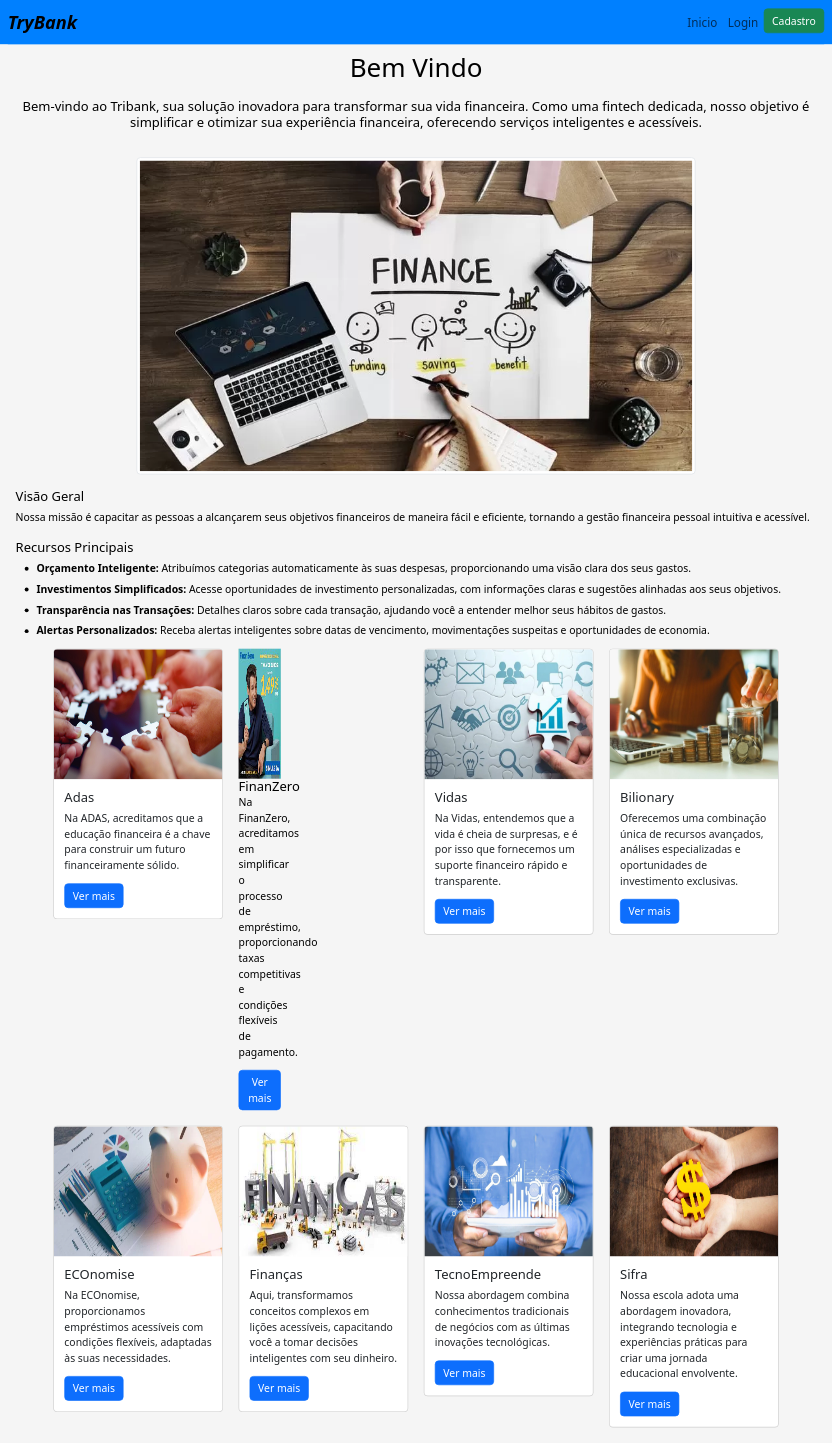
Repository: Rara05/FintechJava-Fiap
Page: http://localhost/Fintech/home.jsp
An editor plug-in stored every save of this project. The page is shown before and after the next save, followed by the edit.
The browser window is 1280 px wide. The pictures show the whole page, at 65% of full size.
The page is served by Tomcat 10.

Above is the page before, as saved 2023-11-10 22:54:44.

After the next save:
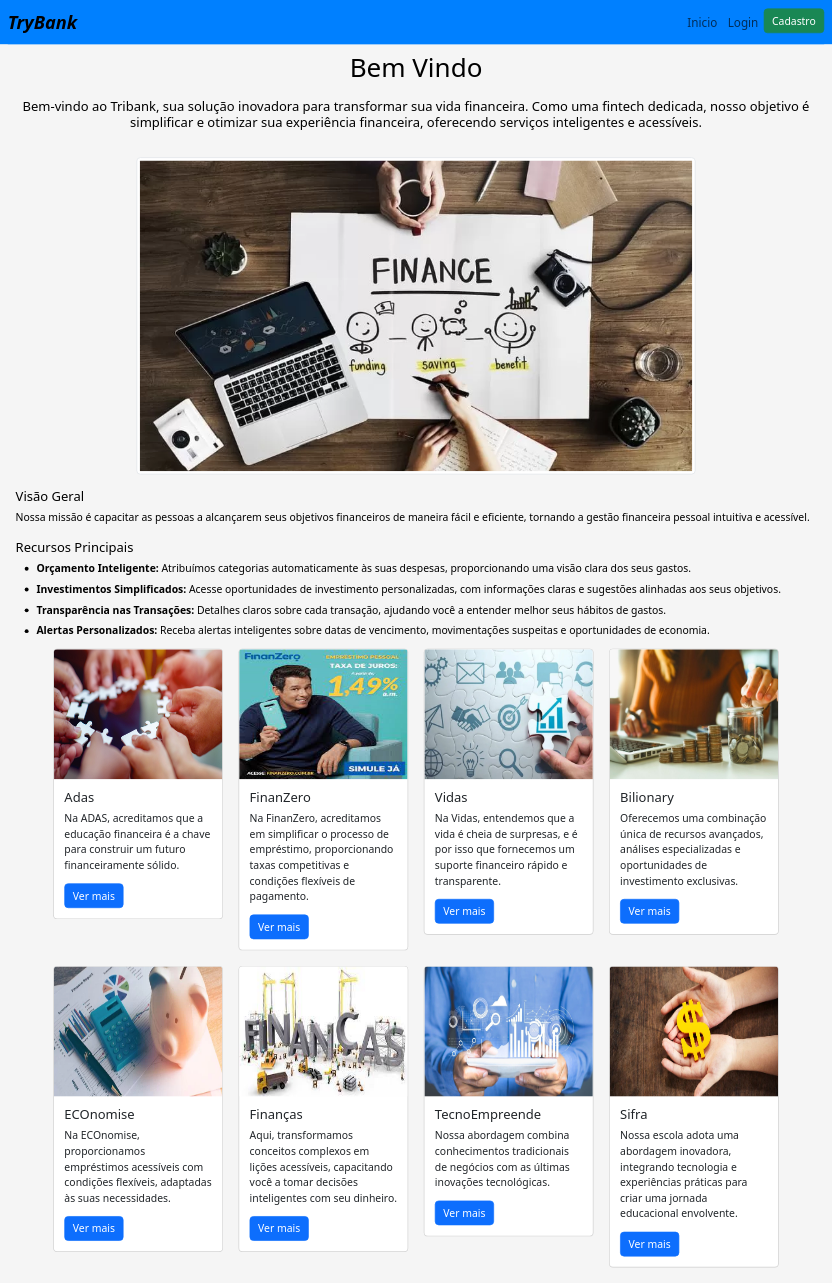
Saved 34 s later.
--- a/Fintech/WebContent/home.jsp
+++ b/Fintech/WebContent/home.jsp
@@ -76,8 +76,8 @@
             </div>
         </div>
 
-        <div class="col-sm-12 col-md-6 col-lg-4 col-xl-3">
-            <div class="col-sm-12 col-md-6 col-lg-4 col-xl-3"style= "margin-bottom: 24px">
+        <div class="col-sm-12 col-md-6 col-lg-4 col-xl-3"style= "margin-bottom: 24px">
+            <div class="card">
                 <img src="./img/selso.png" class="card-img-top" alt="..." style="width: 100%; height: 200px;">
                 <div class="card-body">
                     <h5 class="card-title">FinanZero</h5>
